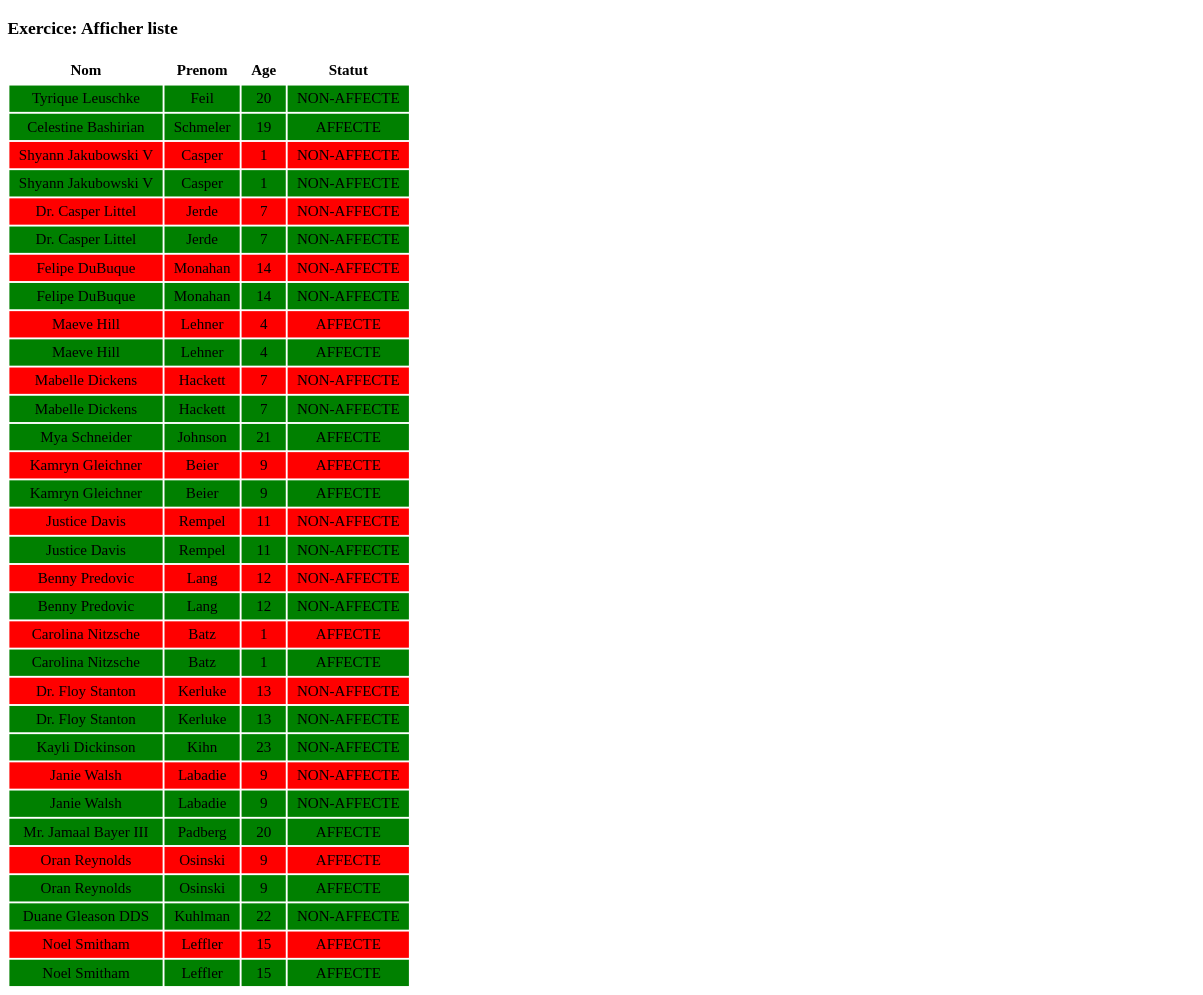
Repository: Bfabien99/PHPREPO
Page: http://localhost/
The author's editor kept a copy of each file at every save. The page is drawn from the files as they stood at one save, then again after a run of saves.
The browser window is 1280 px wide. The pictures show the whole page, at 94% of full size.
The page is run by PHP 8.4 with error messages shown; the project is at /var/www/html/.

Above is the page before, as saved 2021-12-10 10:51:18.

### MakeFakeData/src/index.php
<?php
require_once '../vendor/autoload.php';


$faker = Faker\Factory::create();
$i = 0;
$list = [];

while($i<= 100) {

	$person = [];
	$person["nom"] = $faker->name;
	$person["prenom"] = $faker->lastName;
	$person["age"] = $faker->numberBetween($min=1,$max=99);
	$person["statut"] = $faker->randomElement(["AFFECTE","NON-AFFECTE"]);
	$list[] = $person;
	$i++;
}
?>
<!DOCTYPE html>
<html lang="en">
<head>
    <meta charset="UTF-8">
    <meta http-equiv="X-UA-Compatible" content="IE=edge">
    <meta name="viewport" content="width=device-width, initial-scale=1.0">
    <title>Document</title>
    <style>
        thead{
            font-weight:bold;
        }

        td{
            padding:5px 10px;
            text-align:center;
        }

        td.red{
            background-color:red;
        }
        tr.green{
            background-color: green;
        }
        td.yellow{
            background-color:yellow;
        }
    </style>
</head>
<body>
    <?php
        echo "<h3>Exercice: Afficher liste</h3>";
        $id;
        // $i=0;
        echo"<table><thead><tr><td>Nom</td><td>Prenom</td><td>Age</td><td>Statut</td></tr></thead>";
        echo"<tbody>";
        foreach ($list as $key=>$value) {
            // if($value["statut"]!="NON-AFFECTE"){
            // echo"<tr>";
            // echo "<td>".$value["nom"]."</td>";
            // echo "<td>".$value["prenom"]."</td>";
            // echo "<td>".$value["age"]."</td>";
            // echo "<td>".$value["statut"]."</td>";
            // echo"</tr>";
            // }

			$age = $value["age"];
            switch ($age) {
                case $age > 0 && $age < 18 :
                    echo '<tr><td class="red">'.$value["nom"].'</td>
                    <td class="red">'.$value["prenom"].'</td>
                    <td class="red">'.$value["age"].'</td>
                    <td class="red">'.$value["statut"].'</td>
                    </tr>';

                case ($age > 18 && $age < 25):
                    echo '<tr class="green"><td >'.$value["nom"].'</td>
                    <td >'.$value["prenom"].'</td>
                    <td >'.$value["age"].'</td>
                    <td >'.$value["statut"].'</td>
                    </tr>';

                // case $value["age"] > 25:
                //     echo '<tr><td class="yellow">'.$value["nom"].'</td>
                //     <td class="yellow">'.$value["prenom"].'</td>
                //     <td class="yellow">'.$value["age"].'</td>
                //     <td class="yellow">'.$value["statut"].'</td>
                //     </tr>';
                //     # code...
                //     break;

                default:
                    # code...
                    break;
            }
            # code...
        }


        echo"</tbody></table>";
    ?>
</body>
</html>

After the next 2 saves:
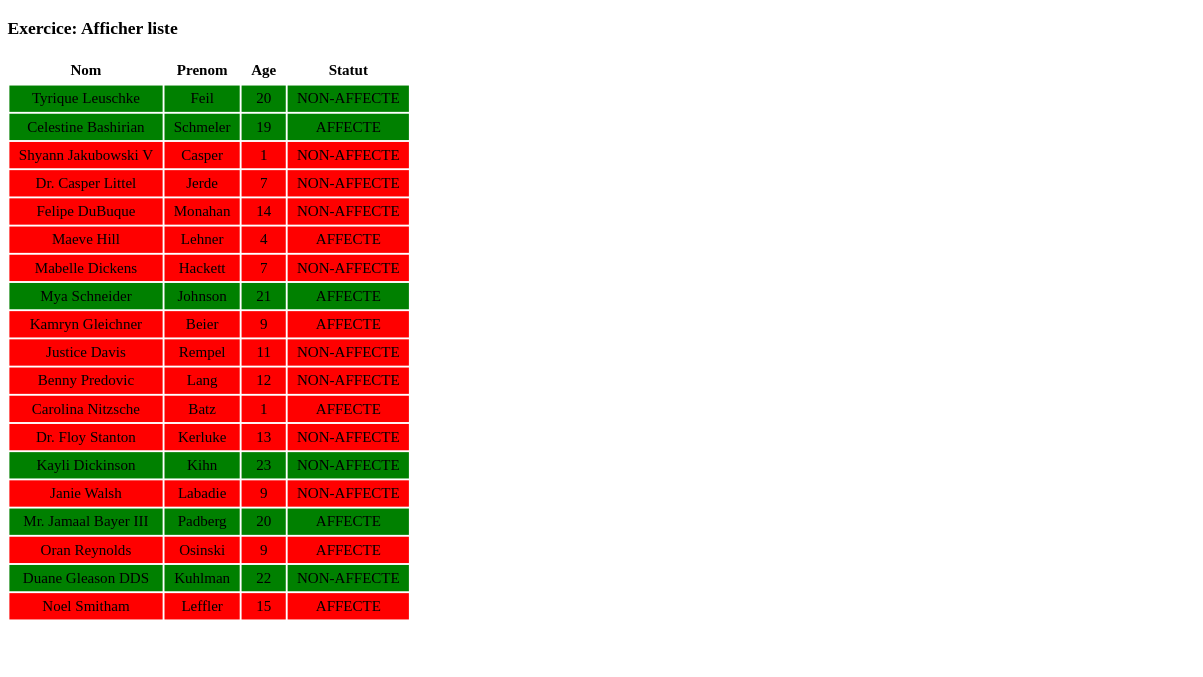
The 2 saves are shown as one change because they came seconds apart.
The last was saved 27 s later.
--- a/MakeFakeData/src/index.php
+++ b/MakeFakeData/src/index.php
@@ -70,7 +70,7 @@ while($i<= 100) {
                     <td class="red">'.$value["age"].'</td>
                     <td class="red">'.$value["statut"].'</td>
                     </tr>';
-
+					break;
                 case ($age > 18 && $age < 25):
                     echo '<tr class="green"><td >'.$value["nom"].'</td>
                     <td >'.$value["prenom"].'</td>
